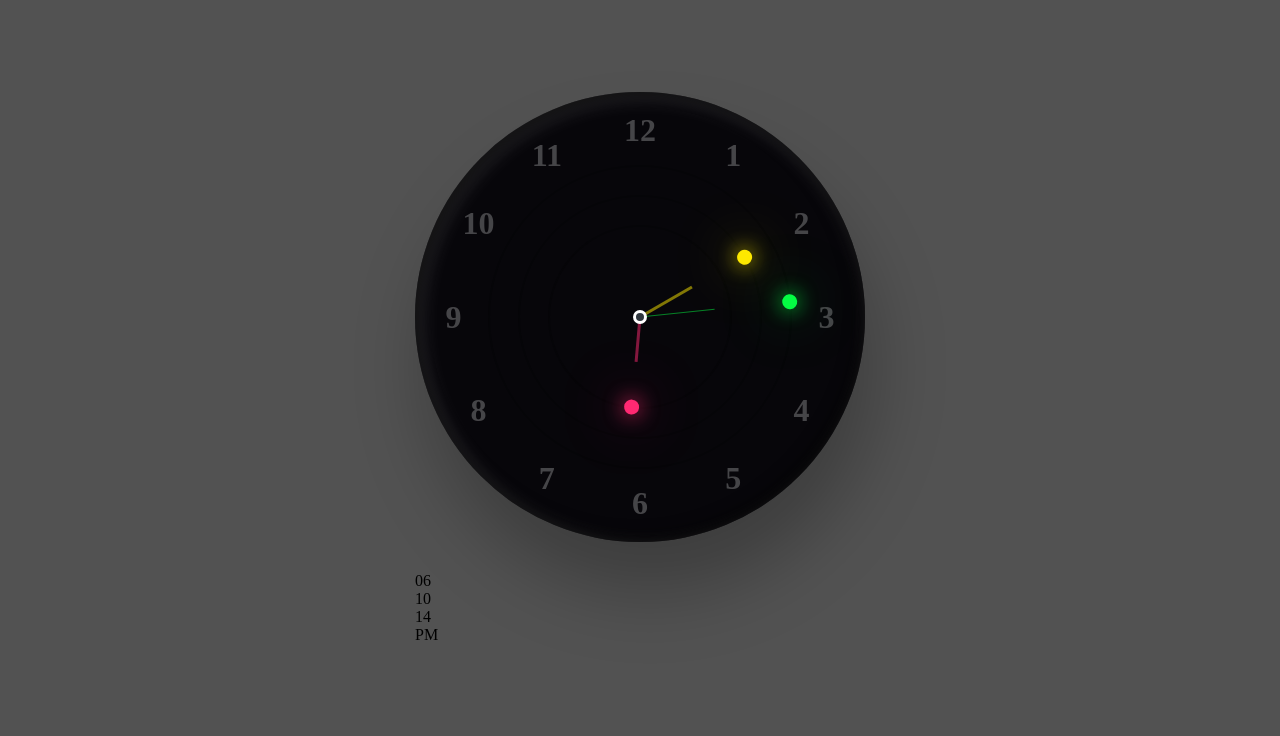
Repository: manthanparekh/animated-clock
Page: index.html
These files come from the project's save history. The page is drawn as it stood at one moment and after the next save; the edit follows.
The browser window is 1280 px wide. The pictures show the whole page.

Above is the page before, as saved 2023-07-01 15:16:41.

After the next save:
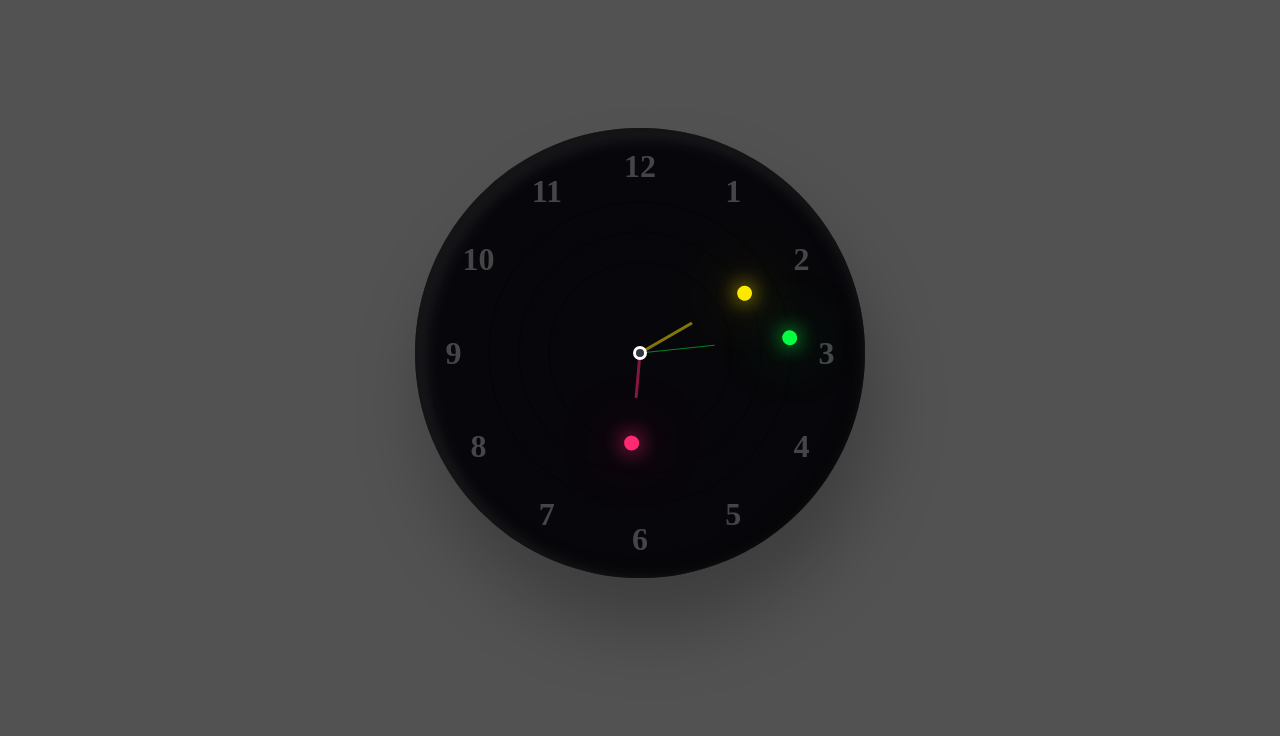
Console error: TypeError: Cannot set properties of null (setting 'innerHTML')
Saved 4 s later.
--- a/index.html
+++ b/index.html
@@ -25,14 +25,6 @@
                 <span style="--i:10;"><b>10</b></span>
                 <span style="--i:11;"><b>11</b></span>
                 <span style="--i:12;"><b>12</b></span>
-            </div>
-
-            <!-- digital clock-->
-            <div id="time">
-                <div id="hours" style="--clr: #ff2972;">00</div>
-                <div id="minutes" style="--clr: #fee800;">00</div>
-                <div id="seconds" style="--clr: #04fc43;">00</div>
-                <div id="ampm">AM</div>
             </div>
         </div>
 
